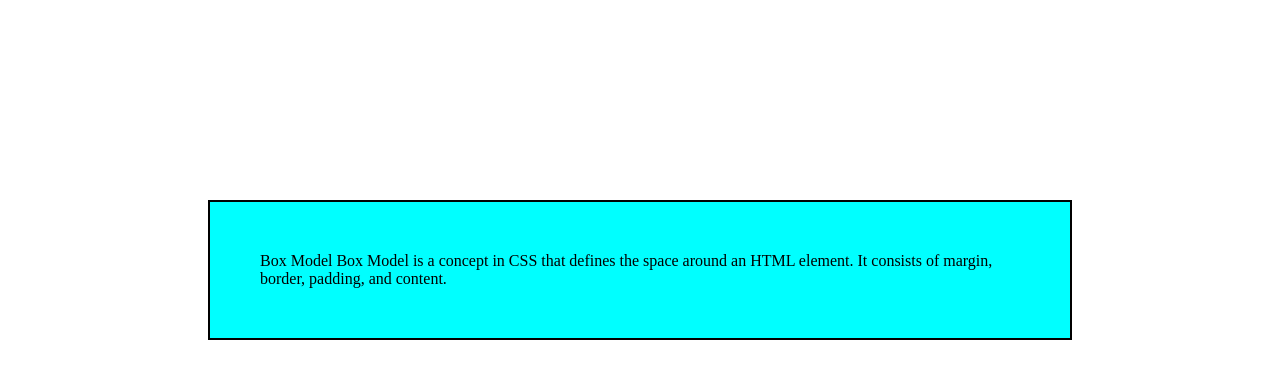
Repository: arunyerram/Web-TEChnologies
Page: Class4/index.html
An editor plug-in stored every save of this project. The page is shown before and after the next save, followed by the edit.
The browser window is 1280 px wide. The pictures show the whole page.

Above is the page before, as saved 2025-02-18 12:28:42.

After the next save:
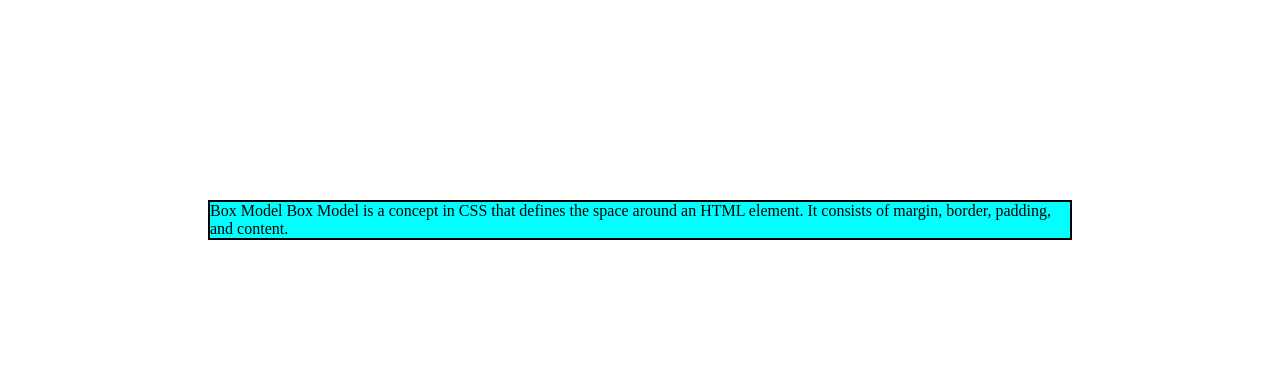
Saved 48 s later.
--- a/Class4/index.html
+++ b/Class4/index.html
@@ -9,7 +9,7 @@
         .box{
             border:2px solid black;
             background-color: aqua;
-            padding: 50px;
+
             margin: 200px;
 
         }

After the 2 saves that followed:
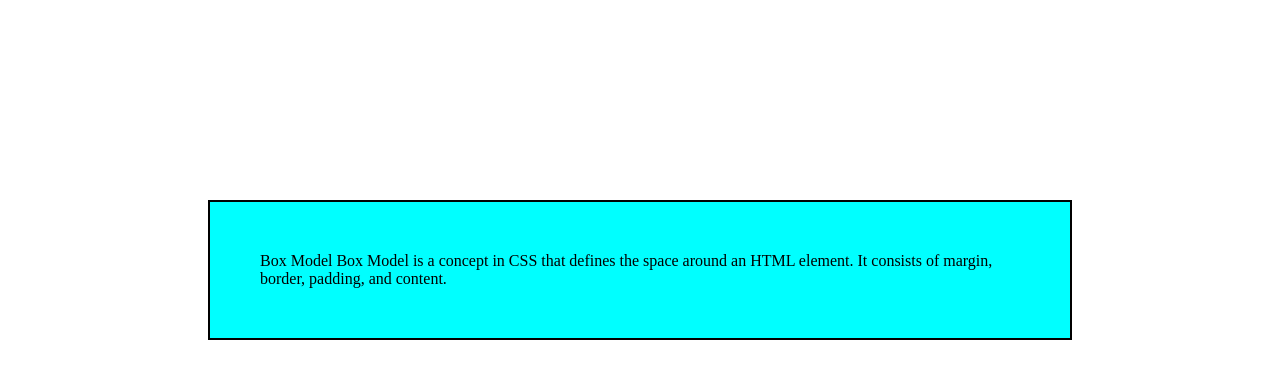
The 2 saves are shown as one change because they came seconds apart.
The last was saved 8 s later.
--- a/Class4/index.html
+++ b/Class4/index.html
@@ -9,7 +9,7 @@
         .box{
             border:2px solid black;
             background-color: aqua;
-
+            padding: 50px;
             margin: 200px;
 
         }
